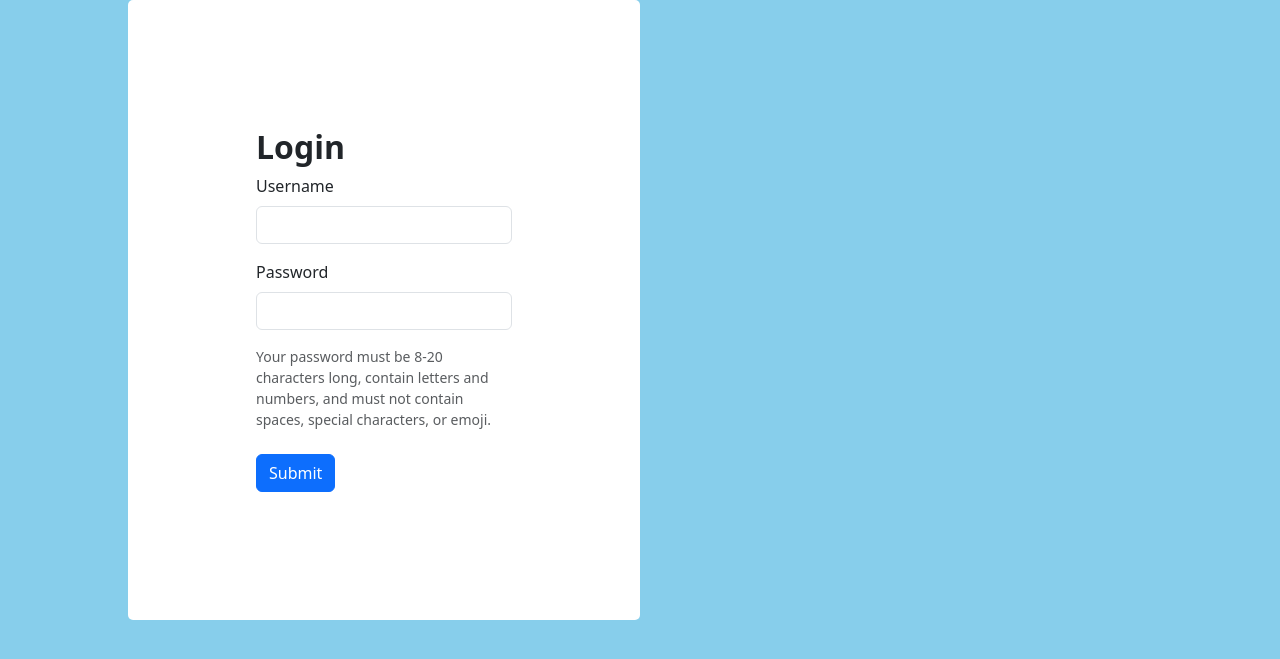
Repository: sarathraj2002/todo-list
Page: login.html
These files come from the project's save history. The page is drawn as it stood at one moment and after the next save; the edit follows.
The browser window is 1280 px wide. The pictures show the whole page.

Above is the page before, as saved 2024-09-05 11:13:00.

### login.html
<!DOCTYPE html>
<html lang="en">
<head>
    <meta charset="UTF-8">
    <meta name="viewport" content="width=device-width, initial-scale=1.0">
    <title>login</title>
    <link rel="stylesheet" href="bootstrap.min.css">
    <link rel="stylesheet" href="style.css">
</head>
<body>

    <form class="form">
        <h2><b>Login</b></h2>
        <div class="mb-3">
          <label for="exampleInputUsername1" class="form-label">Username</label>
          <input type="test" class="form-control" id="username" >

        </div>
        <div class="mb-3 ">
          <label for="exampleInputPassword1" class="form-label">Password</label>
          <input type="password" class="form-control" id="password">
        </div>
        <div id="passwordHelpBlock" class="form-text">
            Your password must be 8-20 characters long, contain letters and numbers, and must not contain spaces, special characters, or emoji.
          </div>
          <br>

        <button type="submit" class="btn btn-primary">Submit</button>
      </form>

    <script src="script.js"></script>
</body>
</html>

### style.css
body{
    background-color: skyblue;
    background-size: cover;
}
.container{
    height: 100px;
    padding-top: 10%;

}
.form{
    height: 100%;
    width: 40%;
    padding: 10%;
    border-color:black;
    margin-left: 10%;
    border-radius: 5px;
    background-color: white;
}

Loaded but not shown: bootstrap.min.css (library); script.js (no stored copy; drawn as an empty file)

After the next save:
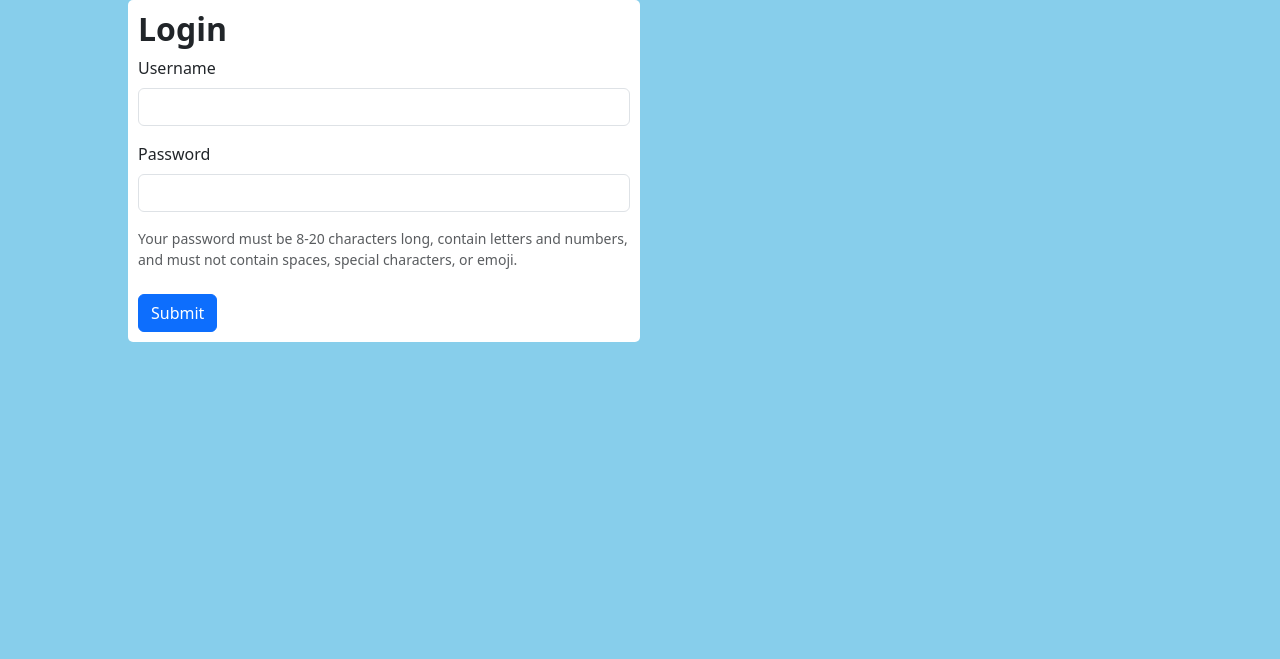
Saved 7 s later.
--- a/style.css
+++ b/style.css
@@ -10,7 +10,7 @@ body{
 .form{
     height: 100%;
     width: 40%;
-    padding: 10%;
+    padding: 10px;
     border-color:black;
     margin-left: 10%;
     border-radius: 5px;
